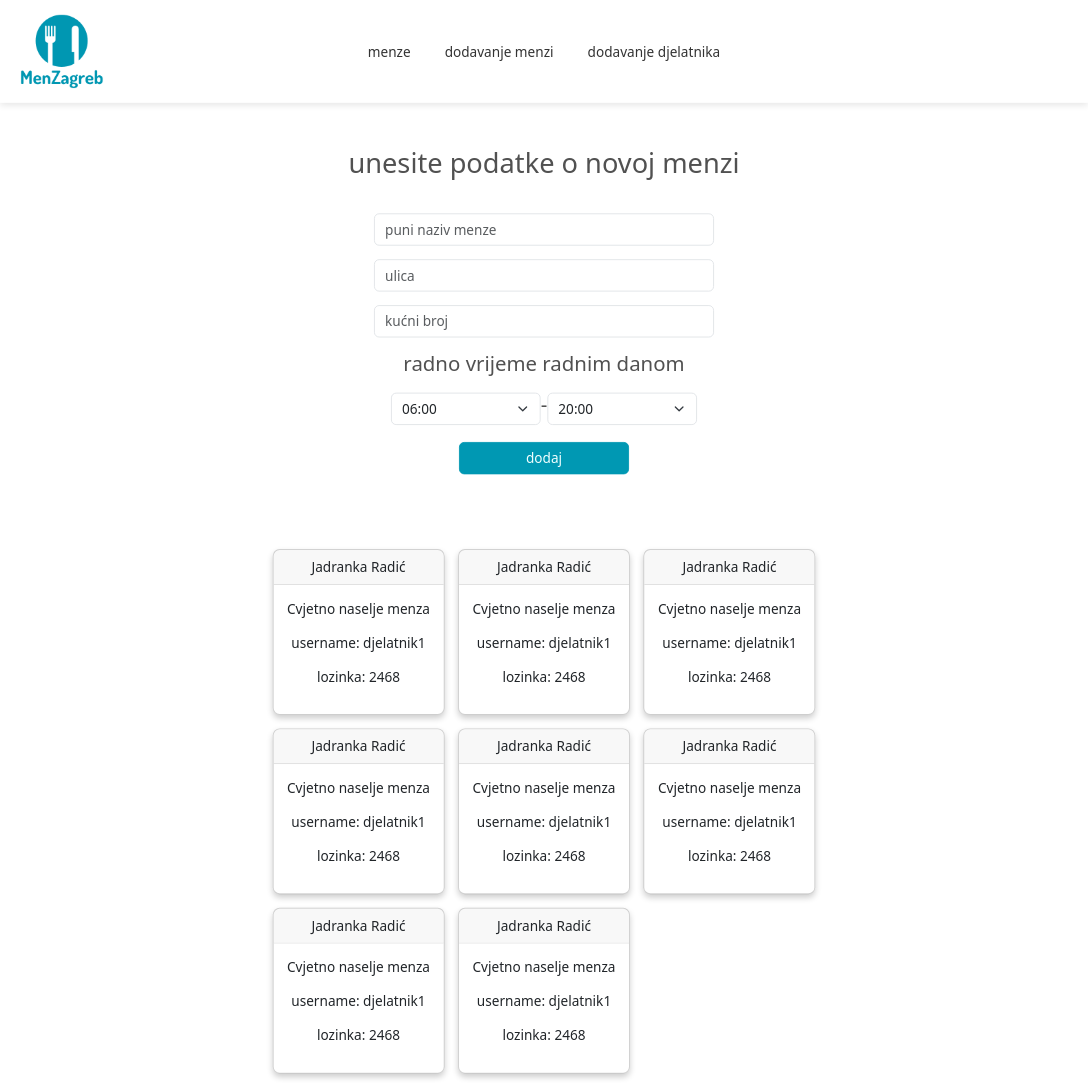
Repository: MENZG/menZg
Page: /admin/dodajMenzu (app in IzvorniKod/)
An editor plug-in stored every save of this project. The page is shown before and after the next save, followed by the edit.
The browser window is 1280 px wide. The pictures show the whole page, at 85% of full size.
The project was rebuilt for these pictures with package versions that can differ from the ones it lists, and the page was loaded fresh each time. Also part of the build but not shown: IzvorniKod/vite.config.ts, IzvorniKod/src/Components/LoginForm.tsx, IzvorniKod/src/Components/AdminLogin.tsx, IzvorniKod/src/Components/EmployeeLogin.tsx, IzvorniKod/src/Components/NavBar.tsx, IzvorniKod/src/Components/ListaMenza.tsx, IzvorniKod/src/Components/Profil.tsx, IzvorniKod/src/Components/AddEmployee.tsx and 5 more.

Above is the page before, as saved 2024-11-07 14:06:40.

After the next save:
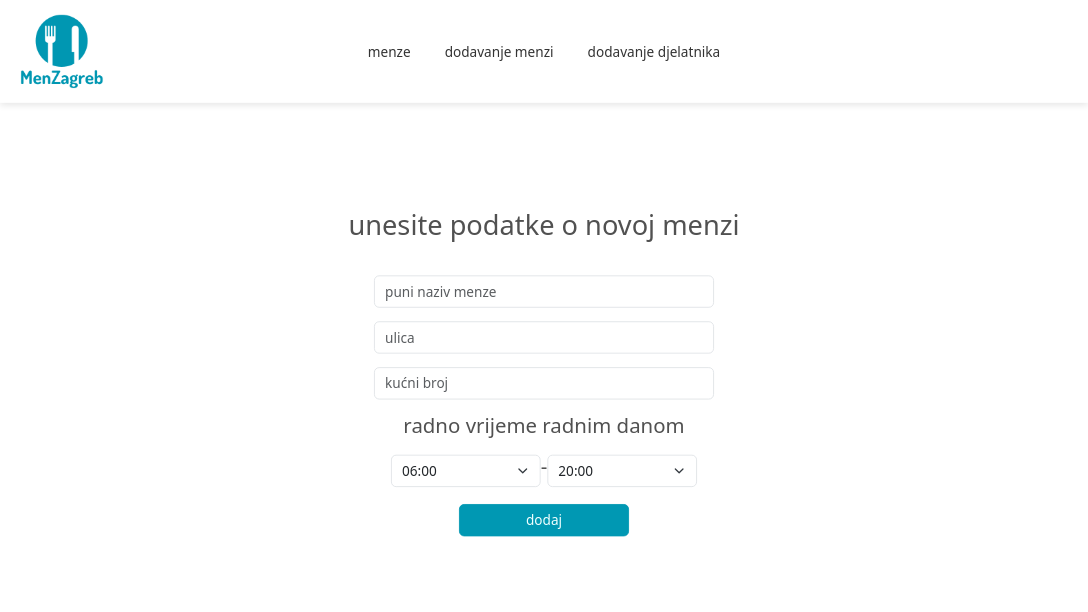
Saved 53 s later.
--- a/IzvorniKod/src/Components/AddMenza.tsx
+++ b/IzvorniKod/src/Components/AddMenza.tsx
@@ -85,7 +85,6 @@ function AddMenza() {
             dodaj
           </Button>
         </Form>
-        <ListaEmployees />
       </div>
     </>
   );
